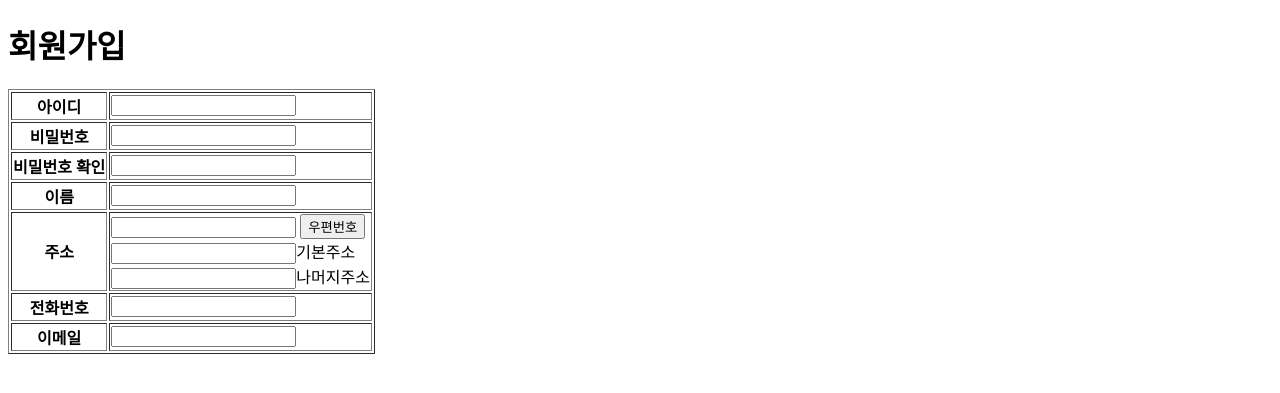
Repository: dhdhdht/Semi-login
Page: http://localhost/Semi_login/regist.jsp
The author's editor kept a copy of each file at every save. The page is drawn from the files as they stood at one save, then again after the next save.
The browser window is 1280 px wide. The pictures show the whole page.
The page is served by Tomcat 9.

Above is the page before, as saved 2021-03-27 12:46:42.

After the next save:
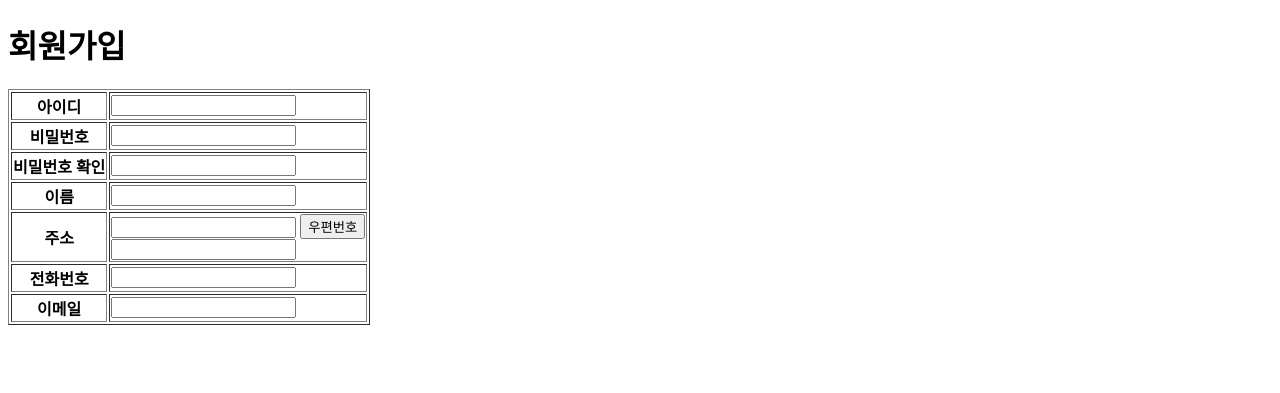
Saved 6 min 7 s later.
--- a/Semi_login/WebContent/regist.jsp
+++ b/Semi_login/WebContent/regist.jsp
@@ -76,8 +76,7 @@
 				<td>
 					<input type="text" maxlength="14" readonly="readonly"/>
 					<input type="button" value="우편번호" onclick="jusoPopup();" /><br/>
-					<input type="text" name="userAddr" required="required" readonly="readonly"/>기본주소<br/>
-					<input type="text" />나머지주소
+					<input type="text" name="userAddr" required="required" readonly="readonly"/>
 				</td>
 			</tr>
 			<tr>
